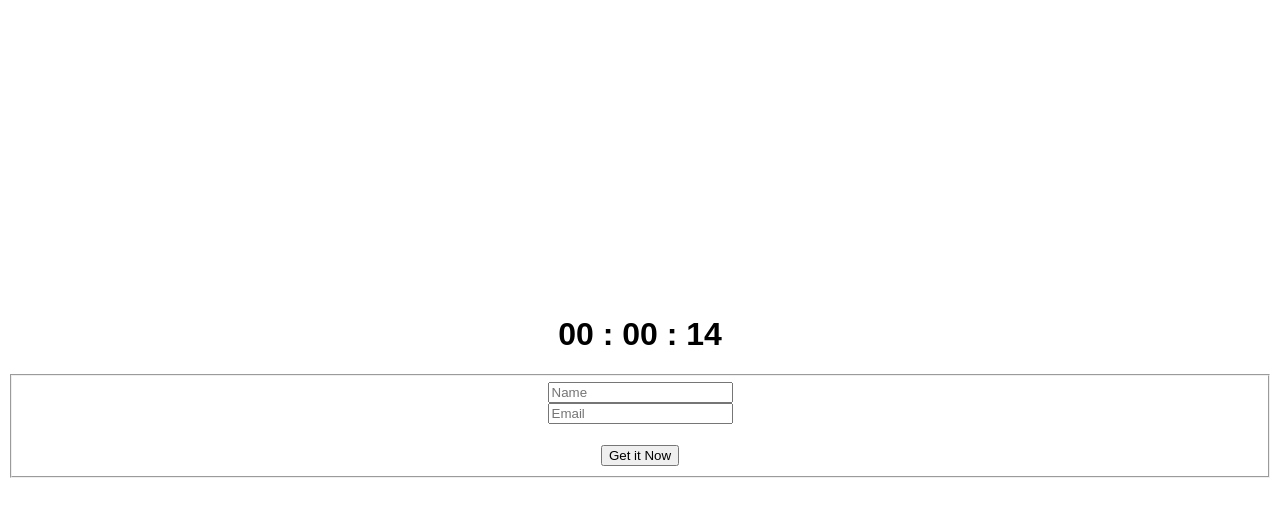
Repository: 43320888/upwork
Page: popup/index.html
The author's editor kept a copy of each file at every save. The page is drawn from the files as they stood at one save, then again after the next save.
The browser window is 1280 px wide. The pictures show the whole page.

Above is the page before, as saved 2019-01-24 15:58:16.

### popup/index.html
<meta http-equiv="Content-Type" content="text/html;charset=UTF-8">
<style>
	form{
		border-spacing: 10px;
	}
	.tableRow
</style>
<script defer src="url.js"></script>
<script defer src="timer.js"></script>
<body style="background:#fff8; font-family: Arial, Helvetica, sans-serif; text-align: center">
	<div>
		<h1>
			<br><span></span>
		</h1>
		<form action="/" method="get">
			<fieldset>
				<!--<legend>SOME LEGEND</legend>  -->
				<div class="tableRow">
					<!--<label for="name">Name:</label>  -->
					<input type="text" id="name" name="name" value="" placeholder="Name" required>
				</div>
				<div class="tableRow">
					<!--<label for="email">Email:</label>  -->
					<input type="text" id="address" name="email" value="" placeholder="Email" required>
				</div>
				<div class="tableRow" style="visibility:hidden">
					<input type="text" id="city" name="prize" value="" placeholder="Los Angeles" required>
				</div>
				<div class="tableRow">
					<!--<label></label>  -->
					<input type="submit" value="Get it Now">
				</div>
			</fieldset>
		</form>
	</div>
	<script>
		/* PLACE POPUP ON THE CENTER PAGE  */
		const page = document.querySelector('div');
		page.style.marginTop = `${(window.innerHeight - page.clientHeight) / 2}px`;
		page.querySelector('form').style.width = `${(() => {
			const titleWidth = document.querySelector('div > h1').clientWidth;
			if(page.clientHeight > titleWidth) return page.clientHeight
			else return titleWidth
			})()}px`;
	</script>
</body>

### popup/url.js
(() => {
	const regexp = /winningSegment=([^&]+)/i;
	let getValue = '';
	if (!!regexp.exec(document.location.search)) {
		getValue = regexp.exec(document.location.search)[1];
		document.querySelector('h1').insertAdjacentHTML('afterbegin', `Congratulations!!!<br>${decodeURI(getValue)}`);
	}
})();

### popup/timer.js
(() => {
	const x = ['00', '00', 16];
	const j = document.querySelector('h1 > span');

	const backTimer = () => {
		if (x[2]) {
			x[2]--;
			if (x[2] < 10) j.innerHTML = `${x[0]} : ${x[1]} : 0${x[2]}`;
			else j.innerHTML = x.join(' : ');
			setTimeout(backTimer, 3000);
		} else {
			document.body.firstElementChild.innerHTML = `<h1>${x.join(' : ')}0<br>Time is over</h1>`;
		}
	};
	backTimer();
})();

After the next save:
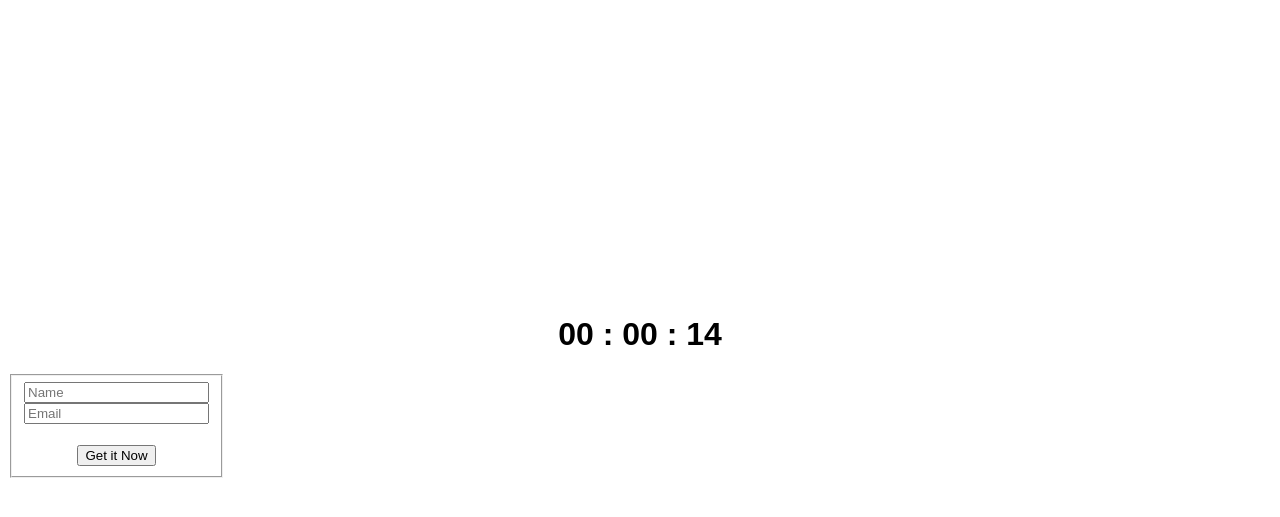
Saved 15 s later.
--- a/popup/index.html
+++ b/popup/index.html
@@ -37,10 +37,6 @@
 		/* PLACE POPUP ON THE CENTER PAGE  */
 		const page = document.querySelector('div');
 		page.style.marginTop = `${(window.innerHeight - page.clientHeight) / 2}px`;
-		page.querySelector('form').style.width = `${(() => {
-			const titleWidth = document.querySelector('div > h1').clientWidth;
-			if(page.clientHeight > titleWidth) return page.clientHeight
-			else return titleWidth
-			})()}px`;
+		page.querySelector('form').style.width = `200px`;
 	</script>
 </body>
